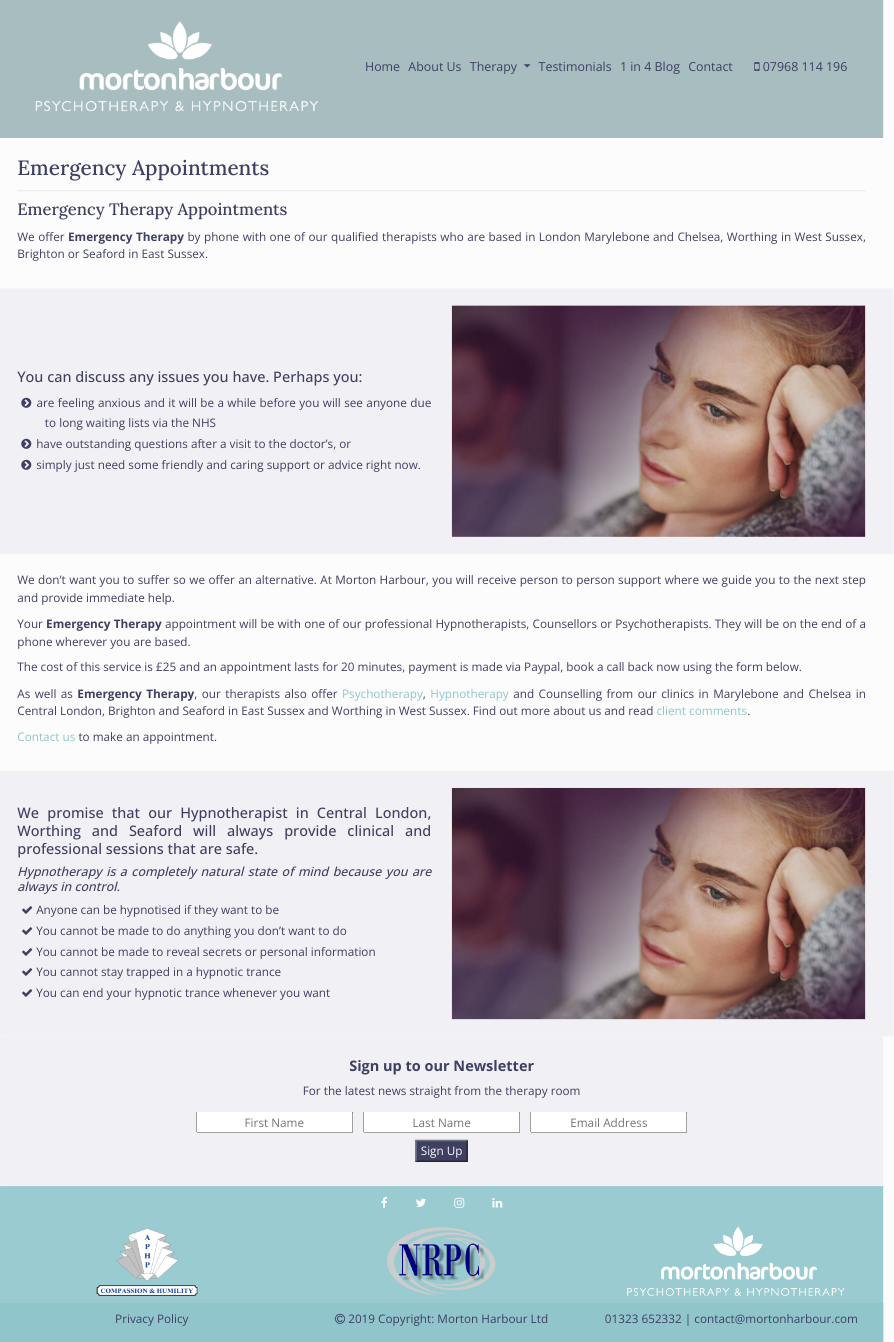
Repository: Code-Institute-Submissions/mortonharbour
Page: emergency therapy.html
The author's editor kept a record of every edit. The page is drawn from the files as they stood at one moment, then again after the next edit.
The browser window is 1280 px wide. The page is 1295 px wide, so the pictures cover 1295 px, including what lies to the right of the window. The pictures show the whole page, at 69% of full size.
Some web libraries are served in a nearby version.

Above is the page before.

After the next edit:
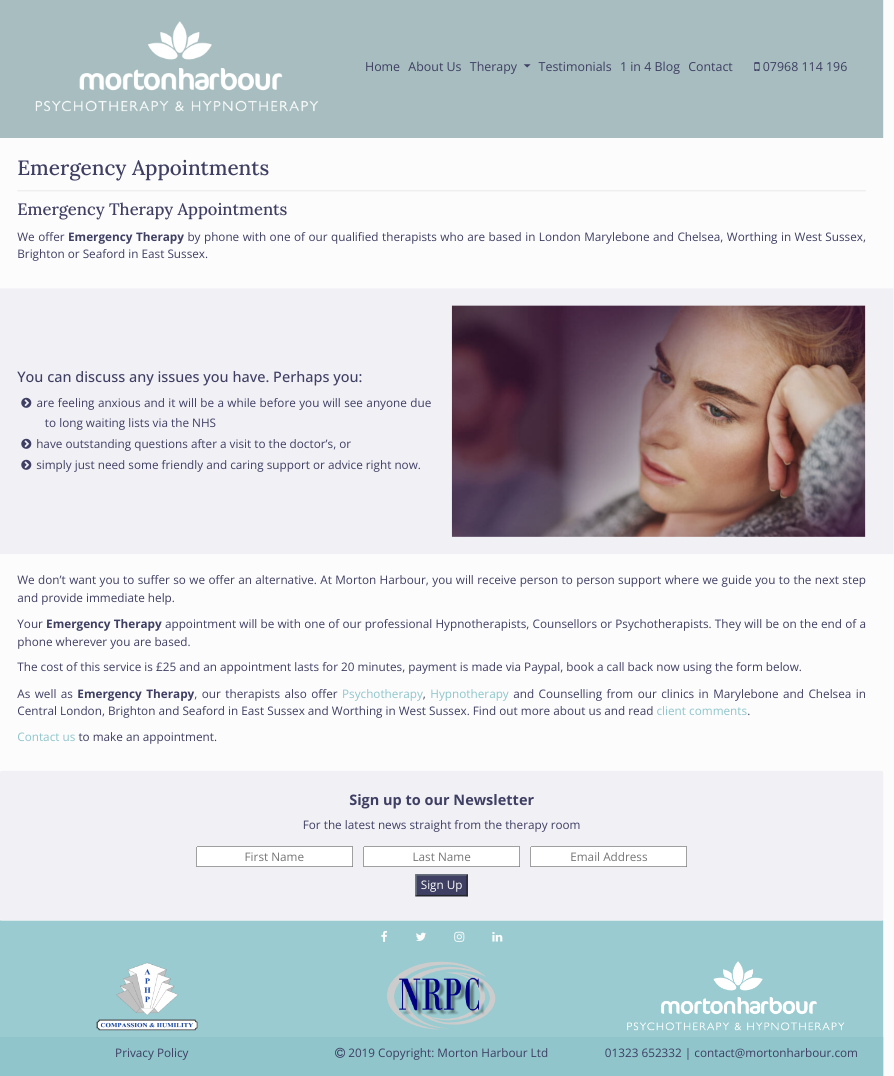
The edit:
--- a/emergency therapy.html
+++ b/emergency therapy.html
@@ -108,36 +108,7 @@
             <p><a href="contact.html" class="website-links"><span class="sr-only">Get in touch</span>Contact us</a> to make an appointment.</p>
     </section>
 
-
-    <section>
-        <div class="row therapy-call-out-section">
-            <div class="col-sm-6 my-auto">
-                <p>
-                    <h3>We promise that our Hypnotherapist in Central London, Worthing and Seaford will always provide clinical and professional sessions that are safe.</h3>
-                    <h4><em>Hypnotherapy is a completely natural state of mind because you are always in control.</em></h4>
-                    <ul class="list-symptoms">
-                        <li><i class="fa fa-check" aria-hidden="true"></i> Anyone can be hypnotised if they want to be
-                        </li>
-                        <li><i class="fa fa-check" aria-hidden="true"></i> You cannot be made to do anything you don’t want to do
-                        </li>
-                        <li><i class="fa fa-check" aria-hidden="true"></i> You cannot be made to reveal secrets or personal information
-                        </li>
-                        <li><i class="fa fa-check" aria-hidden="true"></i> You cannot stay trapped in a hypnotic trance
-                        </li>
-                        <li><i class="fa fa-check" aria-hidden="true"></i> You can end your hypnotic trance whenever you want
-                        </li>
-                    </ul>
-            </div>
-
-            <div class="col-sm-6">
-                <img src="assets/images/emergency-call-out.PNG" class="therapy-call-out-image">
-                <span class="sr-only">image of girl</span>
-            </div>
-        </div>
-    </section>
-
-    <!------------------------------------------------------------<End of Call-out-section-->
-
+    <!------------------------------------------------------------End of Main content-->
 
     <!------------------------------------------------------------<Newsletter Sign Up-->
     <section>
